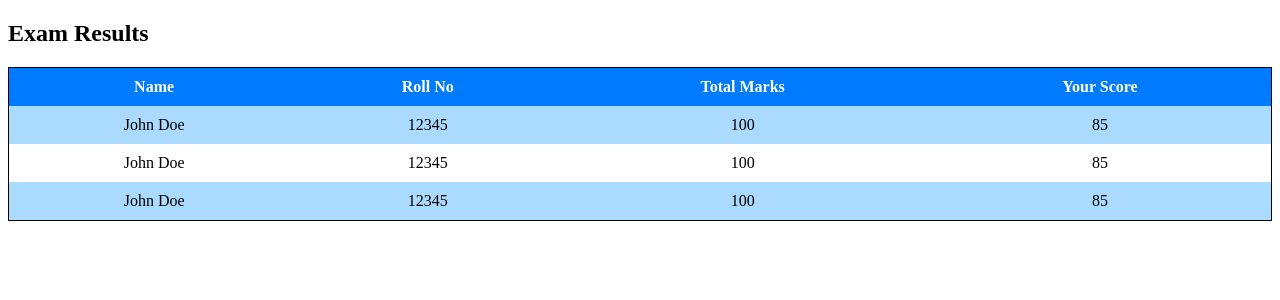
Repository: Buddhadip/ExamPortalApp_struts
Page: http://localhost/ExamWizard/WEB-INF/views/ExamResultPage.jsp
These files come from the project's save history. The page is drawn as it stood at one moment and after the next save; the edit follows.
The browser window is 1280 px wide. The pictures show the whole page.
The page is served by Tomcat 9. Nobody is signed in. Other server files are loaded and not shown. The template is opened directly, without the code that normally fills it, so the values that code supplies are empty.

Above is the page before, as saved 2023-07-21 08:35:19.

### ExamWizard/src/main/webapp/WEB-INF/views/ExamResultPage.jsp
<%@ page language="java" contentType="text/html; charset=ISO-8859-1"
    pageEncoding="ISO-8859-1"%>
<!DOCTYPE html>
<html>
<head>
    <title>Exam Results</title>
    <link rel="stylesheet" href="public/styles/ExamResultPage.css"> <!-- Link to the external CSS file -->
</head>
<body>
    <h2>Exam Results</h2>
    <table class="results-table">
        <tr>
            <th>Name</th>
            <th>Roll No</th>
            <th>Total Marks</th>
            <th>Your Score</th>
        </tr>
        <tr>
            <td>John Doe</td>
            <td>12345</td>
            <td>100</td>
            <td>85</td>
        </tr>
        <tr>
            <td>John Doe</td>
            <td>12345</td>
            <td>100</td>
            <td>85</td>
        </tr>
        <tr>
            <td>John Doe</td>
            <td>12345</td>
            <td>100</td>
            <td>85</td>
        </tr>
        <!-- Add more rows for other students -->
    </table>

</body>
</html>

### ExamWizard/src/main/webapp/public/styles/ExamResultPage.css
@charset "ISO-8859-1";
/* Styling for the table */
.results-table {
    width: 100%;
    border-collapse: collapse;
    border:1px solid black;
}

/* Styling for the table headers (th) */
.results-table th {
    background-color: #007BFF; /* Blue color */
    color: white;
    font-weight: bold;
    padding: 10px;
    text-align: center;
}

/* Styling for the table data (td) in even rows */
.results-table tr:nth-child(even) td {
    background-color: #abdaff; /* Skublue color */
    padding: 10px;
    text-align: center;
}

/* Styling for the table data (td) in odd rows */
.results-table tr:nth-child(odd) td {
    background-color: white; /* White color */
    padding: 10px;
    text-align: center;
}

After the next save:
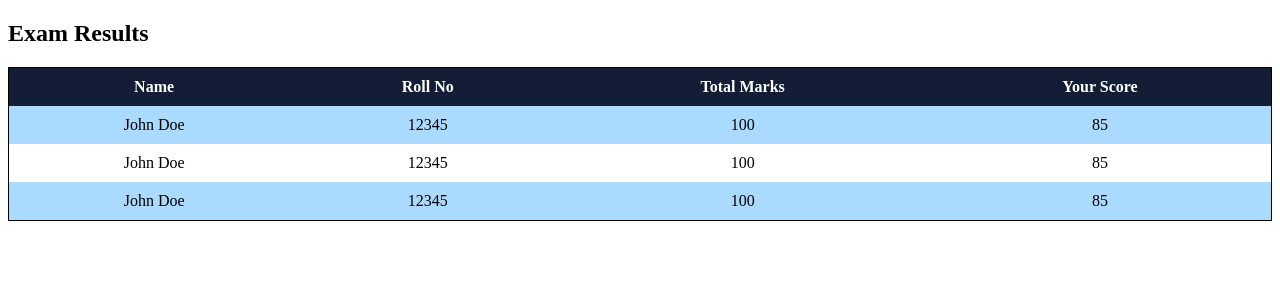
Saved 69 s later.
--- a/ExamWizard/src/main/webapp/public/styles/ExamResultPage.css
+++ b/ExamWizard/src/main/webapp/public/styles/ExamResultPage.css
@@ -8,7 +8,8 @@
 
 /* Styling for the table headers (th) */
 .results-table th {
-    background-color: #007BFF; /* Blue color */
+    background-color:  #131e36;
+ /* Blue color */
     color: white;
     font-weight: bold;
     padding: 10px;
